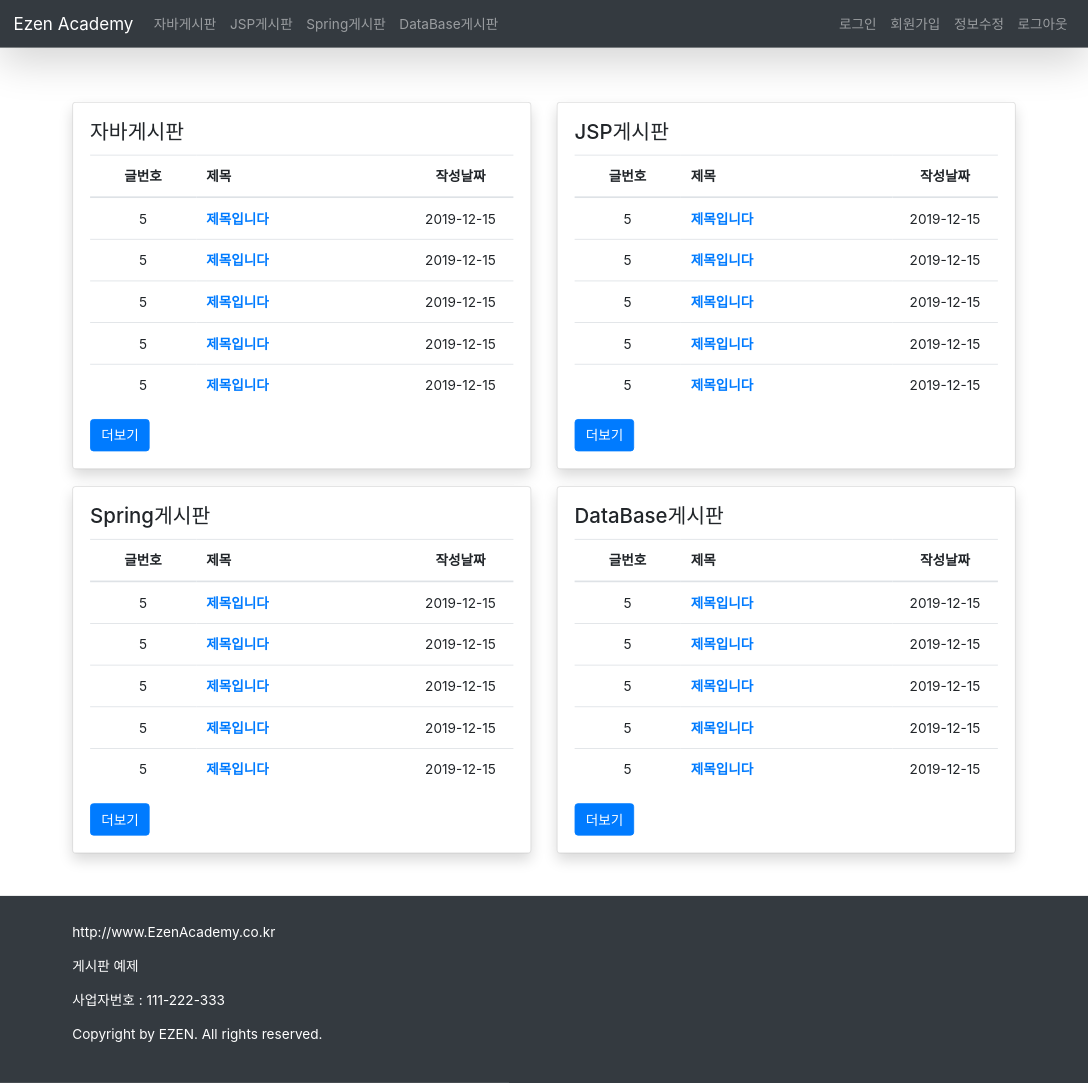
Repository: kangseongwuk/Spring
Page: http://localhost/SpringMiniProject/WEB-INF/views/index.jsp
An editor plug-in stored every save of this project. The page is shown before and after the next save, followed by the edit.
The browser window is 1280 px wide. The pictures show the whole page, at 85% of full size.
The page is served by Tomcat 9. Nobody is signed in. Other server files are loaded and not shown. The template is opened directly, without the code that normally fills it, so the values that code supplies are empty.

Above is the page before, as saved 2022-10-24 06:25:34.

### SpringMiniProject/src/main/webapp/WEB-INF/views/index.jsp
<%@ page language="java" contentType="text/html; charset=UTF-8" pageEncoding="UTF-8"%>
<!DOCTYPE html>
<html>
<head>
<meta charset="UTF-8">
<meta name="viewport" content="width=device-width, initial-scale=1">
<title>미니 프로젝트</title>
<!-- Bootstrap CDN -->
<link rel="stylesheet" href="https://maxcdn.bootstrapcdn.com/bootstrap/4.1.0/css/bootstrap.min.css">
<script src="https://ajax.googleapis.com/ajax/libs/jquery/3.3.1/jquery.min.js"></script>
<script src="https://cdnjs.cloudflare.com/ajax/libs/popper.js/1.14.0/umd/popper.min.js"></script>
<script src="https://maxcdn.bootstrapcdn.com/bootstrap/4.1.0/js/bootstrap.min.js"></script>
</head>
<body>

<!-- 상단 메뉴 부분 (header)-->
<nav class="navbar navbar-expand-md bg-dark navbar-dark fixed-top shadow-lg">
	<a class="navbar-brand" href="index.html">Ezen Academy</a>
	<button class="navbar-toggler" type="button" data-toggle="collapse"
	        data-target="#navMenu">
		<span class="navbar-toggler-icon"></span>
	</button>
	<div class="collapse navbar-collapse" id="navMenu">
		<ul class="navbar-nav">
			<li class="nav-item">
				<a href="board_main.html" class="nav-link">자바게시판</a>
			</li>
			<li class="nav-item">
				<a href="board_main.html" class="nav-link">JSP게시판</a>
			</li>
			<li class="nav-item">
				<a href="board_main.html" class="nav-link">Spring게시판</a>
			</li>
			<li class="nav-item">
				<a href="board_main.html" class="nav-link">DataBase게시판</a>
			</li>
		</ul>

		<ul class="navbar-nav ml-auto">
			<li class="nav-item">
				<a href="login.html" class="nav-link">로그인</a>
			</li>
			<li class="nav-item">
				<a href="join.html" class="nav-link">회원가입</a>
			</li>
			<li class="nav-item">
				<a href="modify_user.html" class="nav-link">정보수정</a>
			</li>
			<li class="nav-item">
				<a href="index.html" class="nav-link">로그아웃</a>
			</li>
		</ul>
	</div>
</nav>

<!-- 게시판 미리보기 부분 -->
<div class="container" style="margin-top:100px">
	<div class="row">
		<div class="col-lg-6" style="margin-top:20px">
			<div class="card shadow">
				<div class="card-body">
					<h4 class="card-title">자바게시판</h4>
					<table class="table table-hover" id='board_list'>
						<thead>
							<tr>
								<th class="text-center w-25">글번호</th>
								<th>제목</th>
								<th class="text-center w-25 d-none d-xl-table-cell">작성날짜</th>
							</tr>
						</thead>
						<tbody>
							<tr>
								<td class="text-center">5</td>
								<th><a href='board_read.html'>제목입니다</a></th>
								<td class="text-center d-none d-xl-table-cell">2019-12-15</td>
							</tr>
							<tr>
								<td class="text-center">5</td>
								<th><a href='board_read.html'>제목입니다</a></th>
								<td class="text-center d-none d-xl-table-cell">2019-12-15</td>
							</tr>
							<tr>
								<td class="text-center">5</td>
								<th><a href='board_read.html'>제목입니다</a></th>
								<td class="text-center d-none d-xl-table-cell">2019-12-15</td>
							</tr>
							<tr>
								<td class="text-center">5</td>
								<th><a href='board_read.html'>제목입니다</a></th>
								<td class="text-center d-none d-xl-table-cell">2019-12-15</td>
							</tr>
							<tr>
								<td class="text-center">5</td>
								<th><a href='board_read.html'>제목입니다</a></th>
								<td class="text-center d-none d-xl-table-cell">2019-12-15</td>
							</tr>
						</tbody>
					</table>

					<a href="board_main.html" class="btn btn-primary">더보기</a>
				</div>
			</div>
		</div>
		<div class="col-lg-6" style="margin-top:20px">
			<div class="card shadow">
				<div class="card-body">
					<h4 class="card-title">JSP게시판</h4>
					<table class="table table-hover">
						<thead>
							<tr>
								<th class="text-center w-25">글번호</th>
								<th>제목</th>
								<th class="text-center w-25 d-none d-xl-table-cell">작성날짜</th>
							</tr>
						</thead>
						<tbody>
							<tr>
								<td class="text-center">5</td>
								<th><a href='board_read.html'>제목입니다</a></th>
								<td class="text-center d-none d-xl-table-cell">2019-12-15</td>
							</tr>
							<tr>
								<td class="text-center">5</td>
								<th><a href='board_read.html'>제목입니다</a></th>
								<td class="text-center d-none d-xl-table-cell">2019-12-15</td>
							</tr>
							<tr>
								<td class="text-center">5</td>
								<th><a href='board_read.html'>제목입니다</a></th>
								<td class="text-center d-none d-xl-table-cell">2019-12-15</td>
							</tr>
							<tr>
								<td class="text-center">5</td>
								<th><a href='board_read.html'>제목입니다</a></th>
								<td class="text-center d-none d-xl-table-cell">2019-12-15</td>
							</tr>
							<tr>
								<td class="text-center">5</td>
								<th><a href='board_read.html'>제목입니다</a></th>
								<td class="text-center d-none d-xl-table-cell">2019-12-15</td>
							</tr>
						</tbody>
					</table>

					<a href="board_main.html" class="btn btn-primary">더보기</a>
				</div>
			</div>

		</div>
		<div class="col-lg-6" style="margin-top:20px">
			<div class="card shadow">
				<div class="card-body">
					<h4 class="card-title">Spring게시판</h4>
					<table class="table table-hover">
						<thead>
							<tr>
								<th class="text-center w-25">글번호</th>
								<th>제목</th>
								<th class="text-center w-25 d-none d-xl-table-cell">작성날짜</th>
							</tr>
						</thead>
						<tbody>
							<tr>
								<td class="text-center">5</td>
								<th><a href='board_read.html'>제목입니다</a></th>
								<td class="text-center d-none d-xl-table-cell">2019-12-15</td>
							</tr>
							<tr>
								<td class="text-center">5</td>
								<th><a href='board_read.html'>제목입니다</a></th>
								<td class="text-center d-none d-xl-table-cell">2019-12-15</td>
							</tr>
							<tr>
								<td class="text-center">5</td>
								<th><a href='board_read.html'>제목입니다</a></th>
								<td class="text-center d-none d-xl-table-cell">2019-12-15</td>
							</tr>
							<tr>
								<td class="text-center">5</td>
								<th><a href='board_read.html'>제목입니다</a></th>
								<td class="text-center d-none d-xl-table-cell">2019-12-15</td>
							</tr>
							<tr>
								<td class="text-center">5</td>
								<th><a href='board_read.html'>제목입니다</a></th>
								<td class="text-center d-none d-xl-table-cell">2019-12-15</td>
							</tr>
						</tbody>
					</table>

					<a href="board_main.html" class="btn btn-primary">더보기</a>
				</div>
			</div>
		</div>
		<div class="col-lg-6" style="margin-top:20px">
			<div class="card shadow">
				<div class="card-body">
					<h4 class="card-title">DataBase게시판</h4>
					<table class="table table-hover">
						<thead>
							<tr>
								<th class="text-center w-25">글번호</th>
								<th>제목</th>
								<th class="text-center w-25 d-none d-xl-table-cell">작성날짜</th>
							</tr>
						</thead>
						<tbody>
							<tr>
								<td class="text-center">5</td>
								<th><a href='board_read.html'>제목입니다</a></th>
								<td class="text-center d-none d-xl-table-cell">2019-12-15</td>
							</tr>
							<tr>
								<td class="text-center">5</td>
								<th><a href='board_read.html'>제목입니다</a></th>
								<td class="text-center d-none d-xl-table-cell">2019-12-15</td>
							</tr>
							<tr>
								<td class="text-center">5</td>
								<th><a href='board_read.html'>제목입니다</a></th>
								<td class="text-center d-none d-xl-table-cell">2019-12-15</td>
							</tr>
							<tr>
								<td class="text-center">5</td>
								<th><a href='board_read.html'>제목입니다</a></th>
								<td class="text-center d-none d-xl-table-cell">2019-12-15</td>
							</tr>
							<tr>
								<td class="text-center">5</td>
								<th><a href='board_read.html'>제목입니다</a></th>
								<td class="text-center d-none d-xl-table-cell">2019-12-15</td>
							</tr>
						</tbody>
					</table>

					<a href="board_main.html" class="btn btn-primary">더보기</a>
				</div>
			</div>
		</div>
	</div>
</div>
	<!-- footer -->
<div class="container-fluid bg-dark text-white" style="margin-top:50px;padding-top:30px;padding-bottom:30px">
	<div class="container">
		<p>http://www.EzenAcademy.co.kr</p>
		<p>게시판 예제</p>
		<p>사업자번호 : 111-222-333</p>
		<p>Copyright by EZEN. All rights reserved.<p>
	</div>
</div>

</body>
</html>

After the next save:
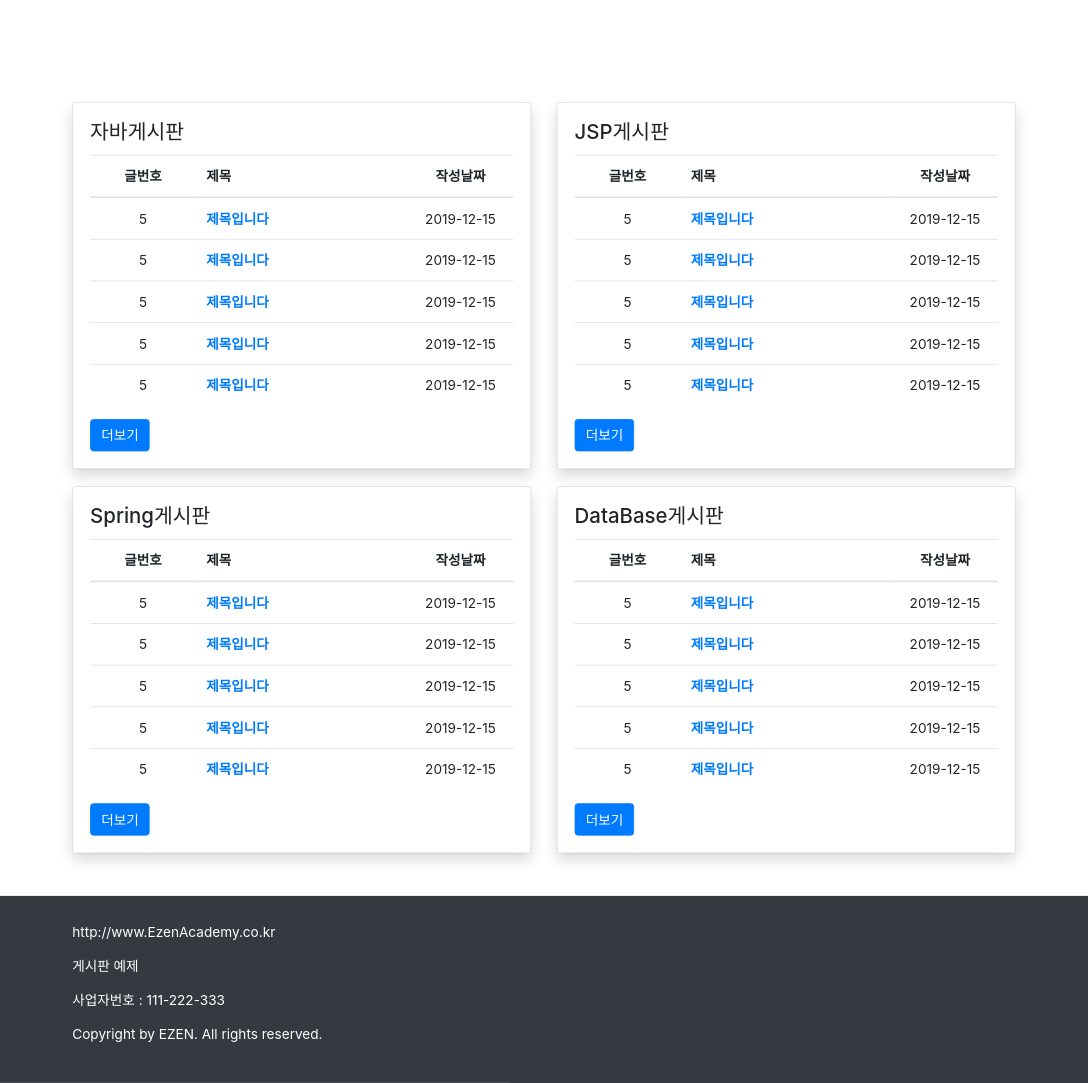
Saved 2 s later.
--- a/SpringMiniProject/src/main/webapp/WEB-INF/views/index.jsp
+++ b/SpringMiniProject/src/main/webapp/WEB-INF/views/index.jsp
@@ -13,46 +13,6 @@
 </head>
 <body>
 
-<!-- 상단 메뉴 부분 (header)-->
-<nav class="navbar navbar-expand-md bg-dark navbar-dark fixed-top shadow-lg">
-	<a class="navbar-brand" href="index.html">Ezen Academy</a>
-	<button class="navbar-toggler" type="button" data-toggle="collapse"
-	        data-target="#navMenu">
-		<span class="navbar-toggler-icon"></span>
-	</button>
-	<div class="collapse navbar-collapse" id="navMenu">
-		<ul class="navbar-nav">
-			<li class="nav-item">
-				<a href="board_main.html" class="nav-link">자바게시판</a>
-			</li>
-			<li class="nav-item">
-				<a href="board_main.html" class="nav-link">JSP게시판</a>
-			</li>
-			<li class="nav-item">
-				<a href="board_main.html" class="nav-link">Spring게시판</a>
-			</li>
-			<li class="nav-item">
-				<a href="board_main.html" class="nav-link">DataBase게시판</a>
-			</li>
-		</ul>
-
-		<ul class="navbar-nav ml-auto">
-			<li class="nav-item">
-				<a href="login.html" class="nav-link">로그인</a>
-			</li>
-			<li class="nav-item">
-				<a href="join.html" class="nav-link">회원가입</a>
-			</li>
-			<li class="nav-item">
-				<a href="modify_user.html" class="nav-link">정보수정</a>
-			</li>
-			<li class="nav-item">
-				<a href="index.html" class="nav-link">로그아웃</a>
-			</li>
-		</ul>
-	</div>
-</nav>
-
 <!-- 게시판 미리보기 부분 -->
 <div class="container" style="margin-top:100px">
 	<div class="row">
